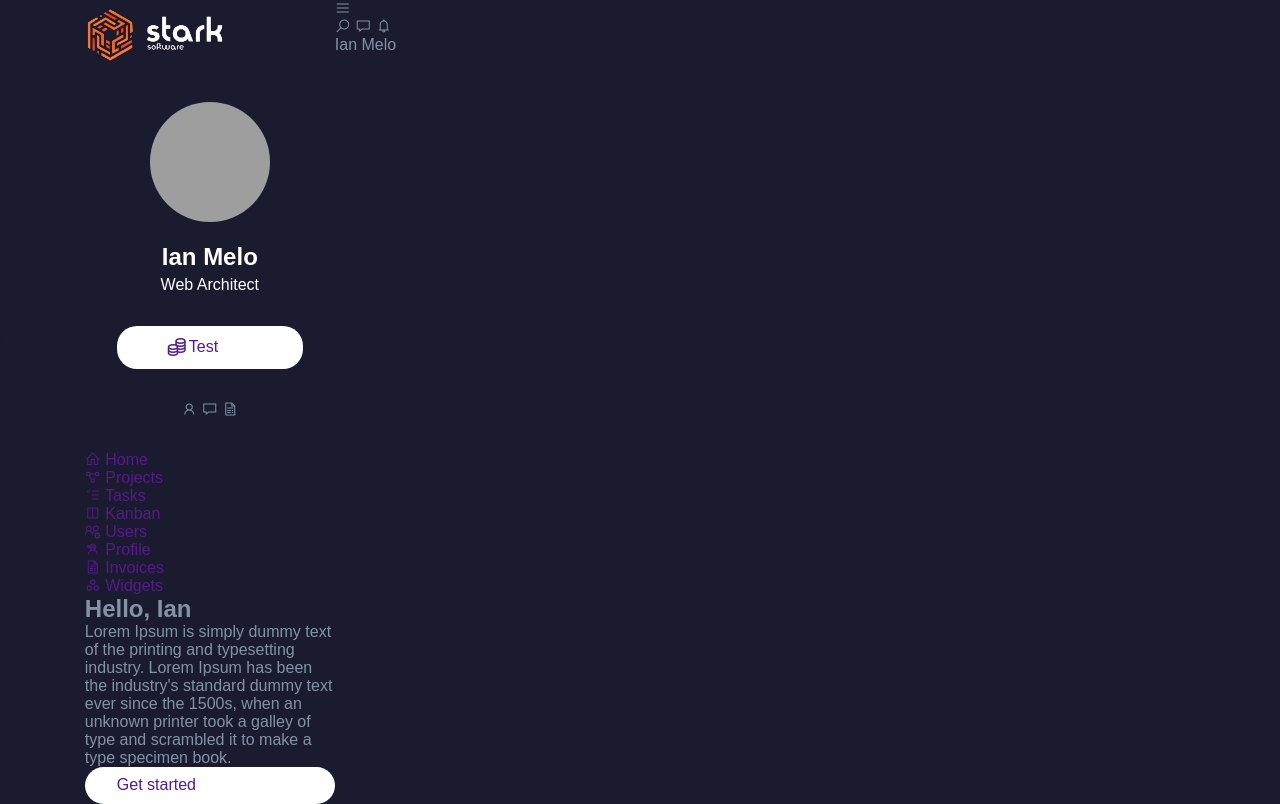
Repository: ichumbo/StarkDashboard
Page: index.html
The author's editor kept a copy of each file at every save. The page is drawn from the files as they stood at one save, then again after the next save.
The browser window is 1280 px wide. The pictures show the whole page.
Pictures or frames that could not be fetched are drawn as grey boxes.

Above is the page before, as saved 2023-06-06 16:17:33.

### index.html
<!DOCTYPE html>
<html lang="pt-br">
<head>

    <meta charset="UTF-8">
    <meta http-equiv="X-UA-Compatible" content="IE=edge">
    <meta name="viewport" content="width=device-width, initial-scale=1.0">
    <title>Stark</title>
    <!--CSS-->
    <link rel="stylesheet" href="css/style.css">
    <!--Icons-->
    <link rel="stylesheet" href="https://maxst.icons8.com/vue-static/landings/line-awesome/font-awesome-line-awesome/css/all.min.css">
    <link rel="stylesheet" href="https://maxst.icons8.com/vue-static/landings/line-awesome/line-awesome/1.3.0/css/line-awesome.min.css">

</head>
<body>
    <div class="page-wrapper">
        <input type="checkbox" name="" id="menu-toggle">

        <div class="sidebar">
            <div class="brand">
                <img src="./img/blackicon.png" alt="stark" class="icon-header">
            </div>

            <div class="profile-card">
                <div class="profile-img" style="background-image: url(img/6.jpg);"></div>
                <div class="profile-info">
                    <h2>Ian Melo</h2>
                    <small>Web Architect</small>
                </div>
                <div class="profile-action">
                    <a href="" class="btn btn-white">
                        <span class="las la-coins"></span>
                        Test
                    </a>
                </div>
                <div class="profile-icons">
                    <span class="las la-user"></span>
                    <span class="las la-comment-alt"></span>
                    <span class="las la-file-invoice"></span>
                </div>
            </div>

            <!--Menu-->

            <div class="sidebar-menu">
                <div class="menu-item">
                    <a href="">
                        <span class="las la-home"></span>
                        <span>Home</span>
                    </a>
                </div>

                <div class="menu-item">
                    <a href="">
                        <span class="las la-project-diagram"></span>
                        <span>Projects</span>
                    </a>
                </div>

                <div class="menu-item">
                    <a href="" class="action">
                        <span class="las la-tasks"></span>
                        <span>Tasks</span>
                    </a>
                </div>

                <div class="menu-item">
                    <a href="">
                        <span class="las la-columns"></span>
                        <span>Kanban</span>
                    </a>
                </div>

                <div class="menu-item">
                    <a href="">
                        <span class="las la-users-cog"></span>
                        <span>Users</span>
                    </a>
                </div>

                <div class="menu-item">
                    <a href="">
                        <span class="las la-user-ninja"></span>
                        <span>Profile</span>
                    </a>
                </div>

                <div class="menu-item">
                    <a href="">
                        <span class="las la-file-invoice"></span>
                        <span>Invoices</span>
                    </a>
                </div>

                <div class="menu-item">
                    <a href="">
                        <span class="las la-cogs"></span>
                        <span>Widgets</span>
                    </a>
                </div>

            </div>

            <!--Cards-->
            <div class="sidebar-card">
                <h2>Hello, Ian</h2>
                <p>Lorem Ipsum is simply dummy text of the printing and typesetting industry. Lorem Ipsum has been the industry's standard dummy text ever since the 1500s, when an unknown printer took a galley of type and scrambled it to make a type specimen book.
                </p>
                <a href="" class="btn btn-block btn-white">Get started</a>
            </div>
        </div>

        <!--Header-->
        <div class="main-content">
            <header>
                <label for="menu-toggle">
                    <span class="las la-bars"></span>
                </label>

                <div class="head-icons">
                    <span class="las la-search"></span>
                    <span class="las la-comment-alt"></span>
                    <span class="las la-bell"></span>
                    <div class="head-avartar">
                        <div class="avatar" style="background-image: url(img/1.jpeg)"></div>
                    </div>
                    <span>Ian Melo</span>
                </div>
            </header>

            <!--Main-->
            <main>

            </main>
        </div>
    </div>
</body>
</html>

### css/style.css
@import url(./global.css);
@import url(./color.css);
@import url(./sidebar.css);

/*------------------------------------------------------------------------------------------------------------------------------------------*/

#menu-toggle {
    display: none;
}

### css/global.css
@import url('https://fonts.googleapis.com');

* {
    font-family: 'Nunito', sans-serif;
    text-decoration: none;
    list-style-type: none;
    padding: 0;
    margin: 0;
    box-sizing: border-box;
}

body {
    color: var(--main-text);
    background: var(--color-dark);
}

.icon-header {
    width: 140px;
}

.btn {
    border: none;
    outline: none;
    border-radius: 20px;
    padding: .6rem 2rem;
    display: flex;
    align-items: center;
}

.btn-white {
    background: var(--color-white);
}

.btn span {
    font-size: 1.5rem;
    display: inline-block;
    margin-left: 1rem;
}

.page-wrapper {
    width: 93%;
    margin: auto;
    display: flex;
}

.page-wrapper::before {
    content: "";
    width: 100%;
    height: 430px;
    position: absolute;
    left: 0;
    top: 0;
    background: var(--color-dark);
    z-index: -1;
    border-radius: 0px 0px 0px 100px;
}

### css/color.css
:root {
    --color-main: #FC4F00;
    --color-secondary: #FFB100;
    --color-dark: #1B1B2F;
    --color-dark-secundary: #251D3A;
    --bg-body: #F8F8FB;
    --color-white: #FFFFFF;
    --main-accent: #DC8449;
    --main-text: #8492A6;
    --success: #28A745;
    --danger: #DC3545;
    --shadow: rgba(0, 0, 0, 0.15) 0px 2px 8px;
}

### css/sidebar.css
.sidebar {
    width: 250px;
    margin-left: 40px;
}

.brand {
    height: 70px;
    display: flex;
    align-items: center;
}

.brand h3 {
    font-size: 1.8rem;
    color: var(--color-white);
}

/*-----------------------------------------------PROFILE----------------------------------------------*/

.profile-card {
    text-align: center;
    margin: 2rem 0rem;
}

.profile-img {
    height: 120px;
    width: 120px;
    border-radius: 50%;
    margin: auto;
    background-size: cover;
    background-repeat: no-repeat;
    margin-bottom: 1.3rem;
}

.profile-info {
    color: var(--color-white);
    margin-bottom: 1.5rem;
}

.profile-info h2 {
    margin-bottom: .3rem;
}

.profile-info small {
    font-size: 1rem;
}

.profile-action {
    margin: 2rem;
}

.profile-action a {
    margin-bottom: 2rem;
}

After the next save:
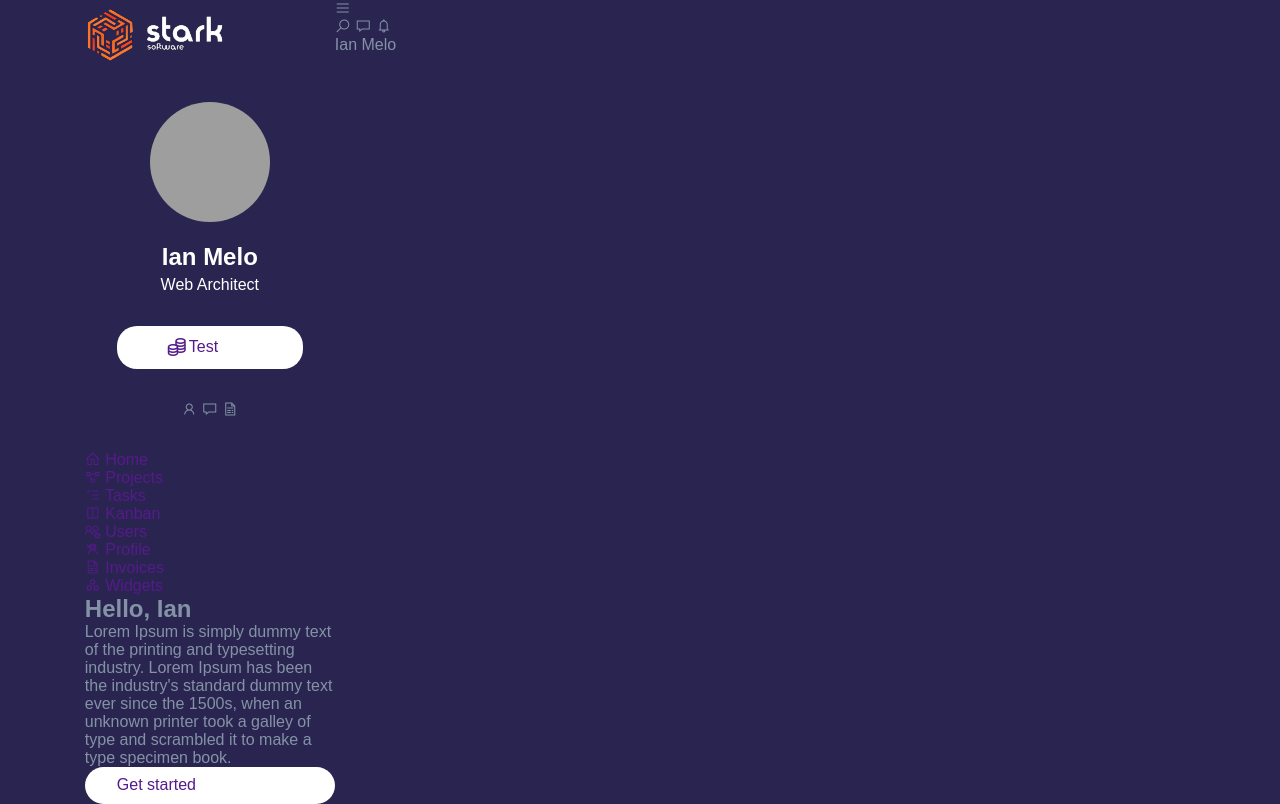
Saved 33 s later.
--- a/css/color.css
+++ b/css/color.css
@@ -1,7 +1,7 @@
 :root {
     --color-main: #FC4F00;
     --color-secondary: #FFB100;
-    --color-dark: #1B1B2F;
+    --color-dark: #2A2550;
     --color-dark-secundary: #251D3A;
     --bg-body: #F8F8FB;
     --color-white: #FFFFFF;
